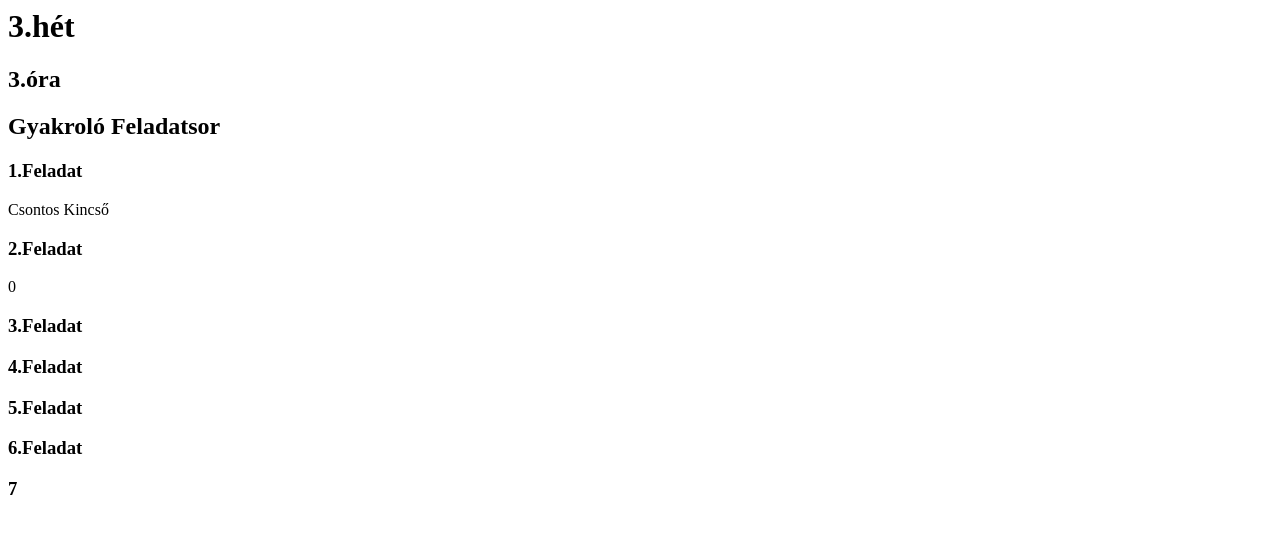
Repository: doomhyena/htdocs
Page: http://localhost/03.Week/feladat.php
These files come from the project's save history. The page is drawn as it stood at one moment and after the next save; the edit follows.
The browser window is 1280 px wide. The pictures show the whole page.
The page is run by PHP 8.4 with error messages shown; the project is at /var/www/html/.

Above is the page before, as saved 2024-09-20 12:14:06.

### 03.Week/feladat.php
<?php

// -----------------------------------------------------------------------------------------------------------------
// Harmadik óra 2024/09/09 HÉTFŐ
// -----------------------------------------------------------------------------------------------------------------

echo "<h1>3.hét</h1>";
echo "<h2>3.óra</h2>";
echo "<h2>Gyakroló Feladatsor</h2>";

echo "<h3>1.Feladat</h3>";

echo "Csontos Kincső";

echo "<h3>2.Feladat</h3>";

$a = 5;
$b = 10;
$c = 3;

echo ($a + $b) % $c;

echo "<h3>3.Feladat</h3>";
echo "<h3>4.Feladat</h3>";
echo "<h3>5.Feladat</h3>";
echo "<h3>6.Feladat</h3>";
echo "<h3>7</h3>";

After the next save:
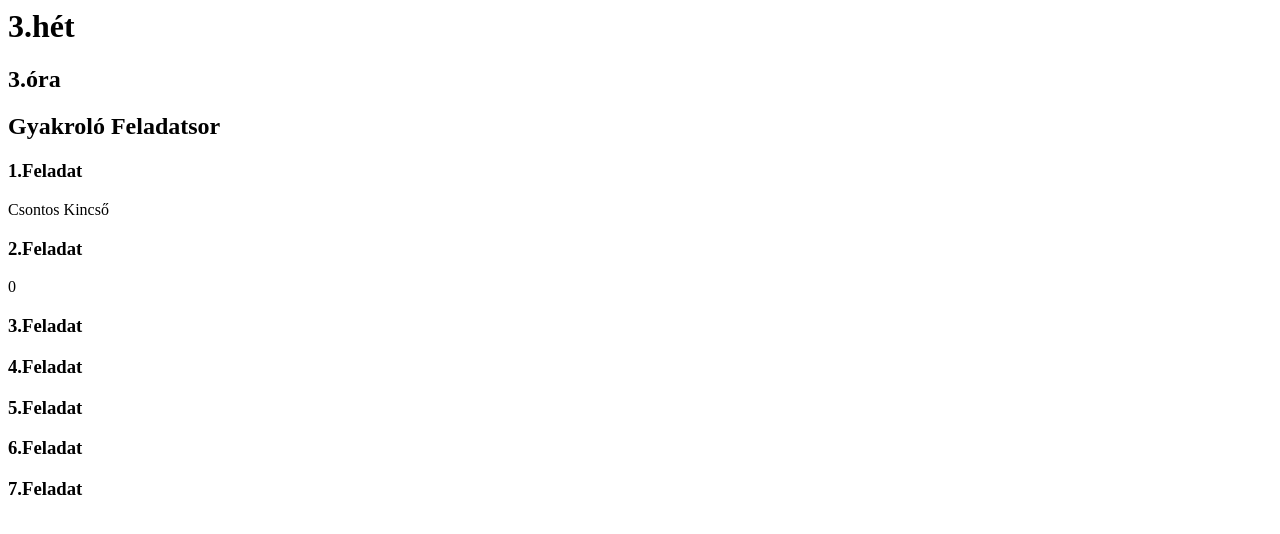
Saved 4 s later.
--- a/03.Week/feladat.php
+++ b/03.Week/feladat.php
@@ -24,4 +24,4 @@ echo "<h3>3.Feladat</h3>";
 echo "<h3>4.Feladat</h3>";
 echo "<h3>5.Feladat</h3>";
 echo "<h3>6.Feladat</h3>";
-echo "<h3>7</h3>";
+echo "<h3>7.Feladat</h3>";
